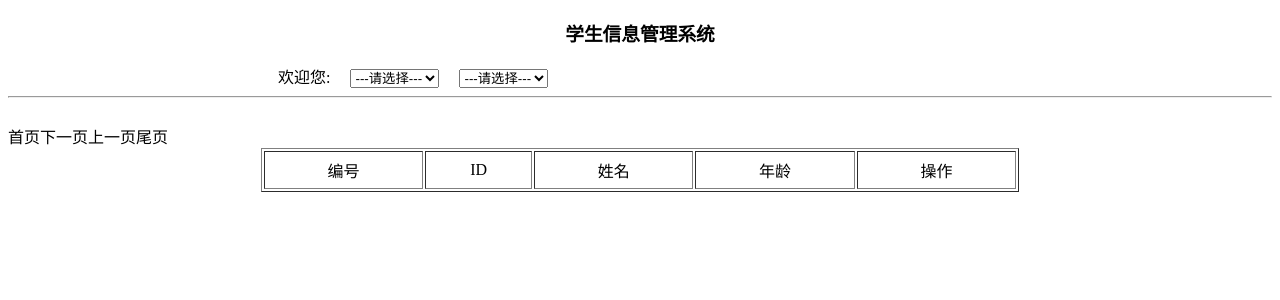
Repository: DataBoxWx/mvc_servlet_3
Page: http://localhost/crud_1/ajax/studentlist.jsp
An editor plug-in stored every save of this project. The page is shown before and after the next save, followed by the edit.
The browser window is 1280 px wide. The pictures show the whole page.
The page is served by Tomcat 9.

Above is the page before, as saved 2018-05-08 07:24:01.

After the next save:
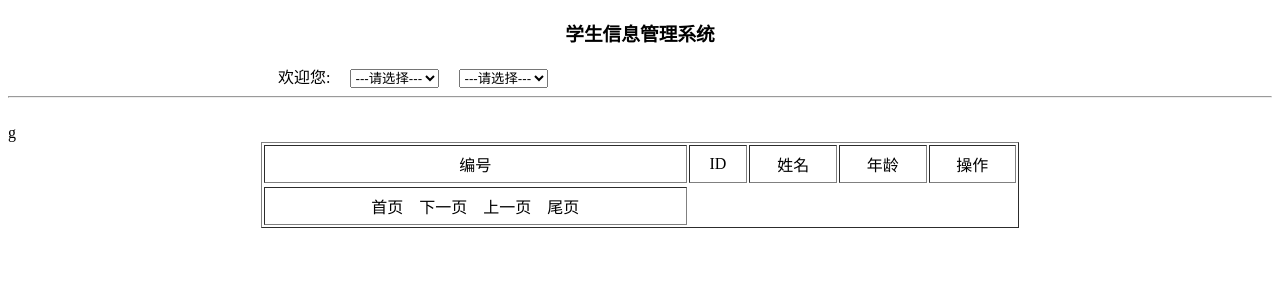
Saved 10 min 5 s later.
--- a/crud_1/WebContent/ajax/studentlist.jsp
+++ b/crud_1/WebContent/ajax/studentlist.jsp
@@ -55,10 +55,17 @@
 			</tr>
 		</thead>
 		<tbody id="tbody">
-		<a>首页</a>
-		<a>下一页</a>
-		<a>上一页</a>
-		<a>尾页</a>
+			<tr>
+
+			</tr>
+			<tr>
+				<td>
+					<a>首页</a>&nbsp;&nbsp;&nbsp;
+					<a>下一页</a>&nbsp;&nbsp;&nbsp;
+					<a>上一页</a>&nbsp;&nbsp;&nbsp;
+					<a>尾页</a>
+				</td>g
+			</tr>
 		</tbody>
 	</table>
 </body>
